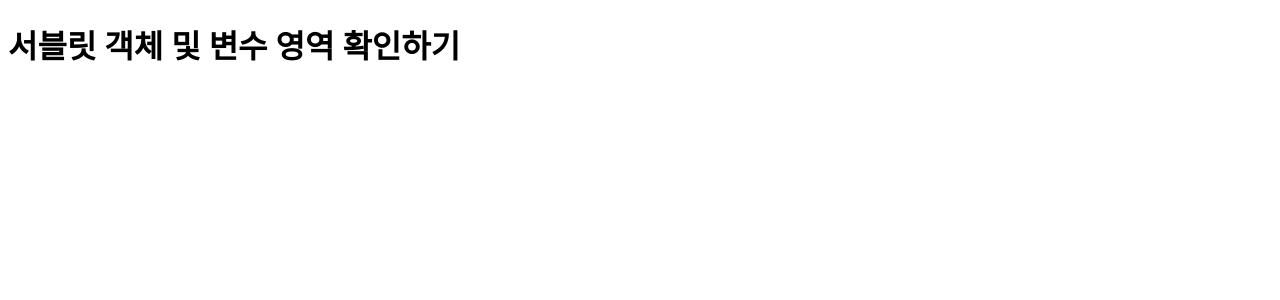
Repository: steeveelee2/WEB_Study
Page: webWorkspace/servlet3Project/web/index.html
An editor plug-in stored every save of this project. The page is shown before and after the next save, followed by the edit.
The browser window is 1280 px wide. The pictures show the whole page.

Above is the page before, as saved 2018-10-12 00:45:09.

### webWorkspace/servlet3Project/web/index.html
<!DOCTYPE html>
<html>
<head>
<meta charset="UTF-8">
<title>서블릿 객체 및 변수 영역 확인하기</title>
</head>
<body>
	<h1>서블릿 객체 및 변수 영역 확인하기</h1>


</body>
</html>

After the next save:
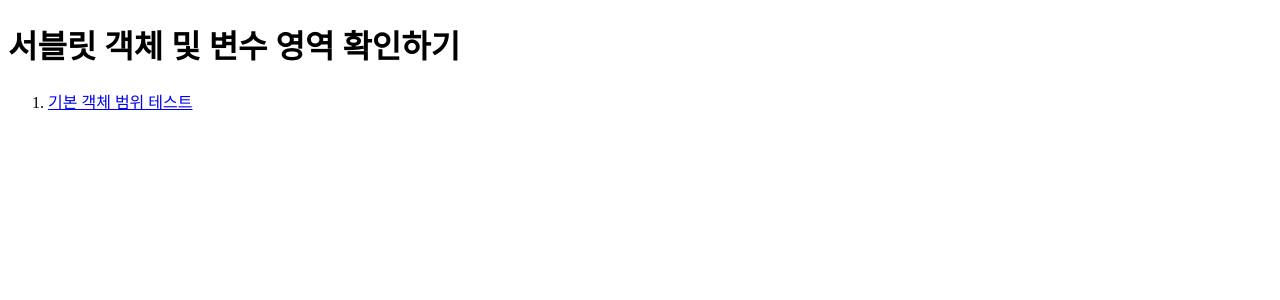
Saved 47 s later.
--- a/webWorkspace/servlet3Project/web/index.html
+++ b/webWorkspace/servlet3Project/web/index.html
@@ -7,6 +7,10 @@
 <body>
 	<h1>서블릿 객체 및 변수 영역 확인하기</h1>
 
-
+	<ol>
+		<li>
+			<a href="views/firstTest.html">기본 객체 범위 테스트</a>
+		</li>
+	</ol>
 </body>
 </html>
